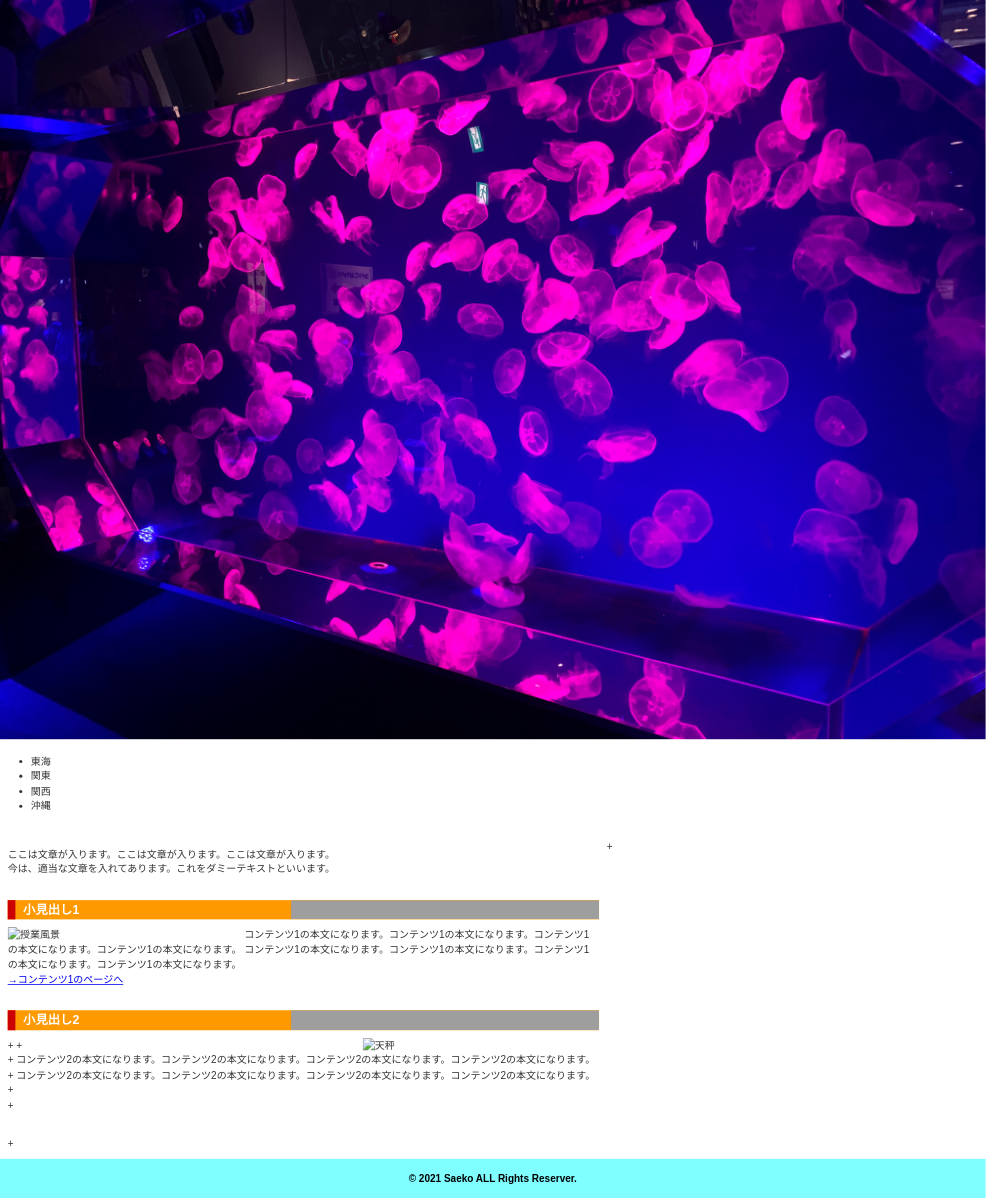
Repository: mizoguhi/mizoguhi
Page: test/saeko.html
The author's editor kept a record of every edit. The page is drawn from the files as they stood at one moment, then again after the next edit.
The browser window is 1280 px wide. The pictures show the whole page, at 77% of full size.
Pictures or frames that could not be fetched are drawn as grey boxes.

Above is the page before.
Not found: test/images/classroom.jpg
Not found: test/images/scale.jpg

After the next edit:
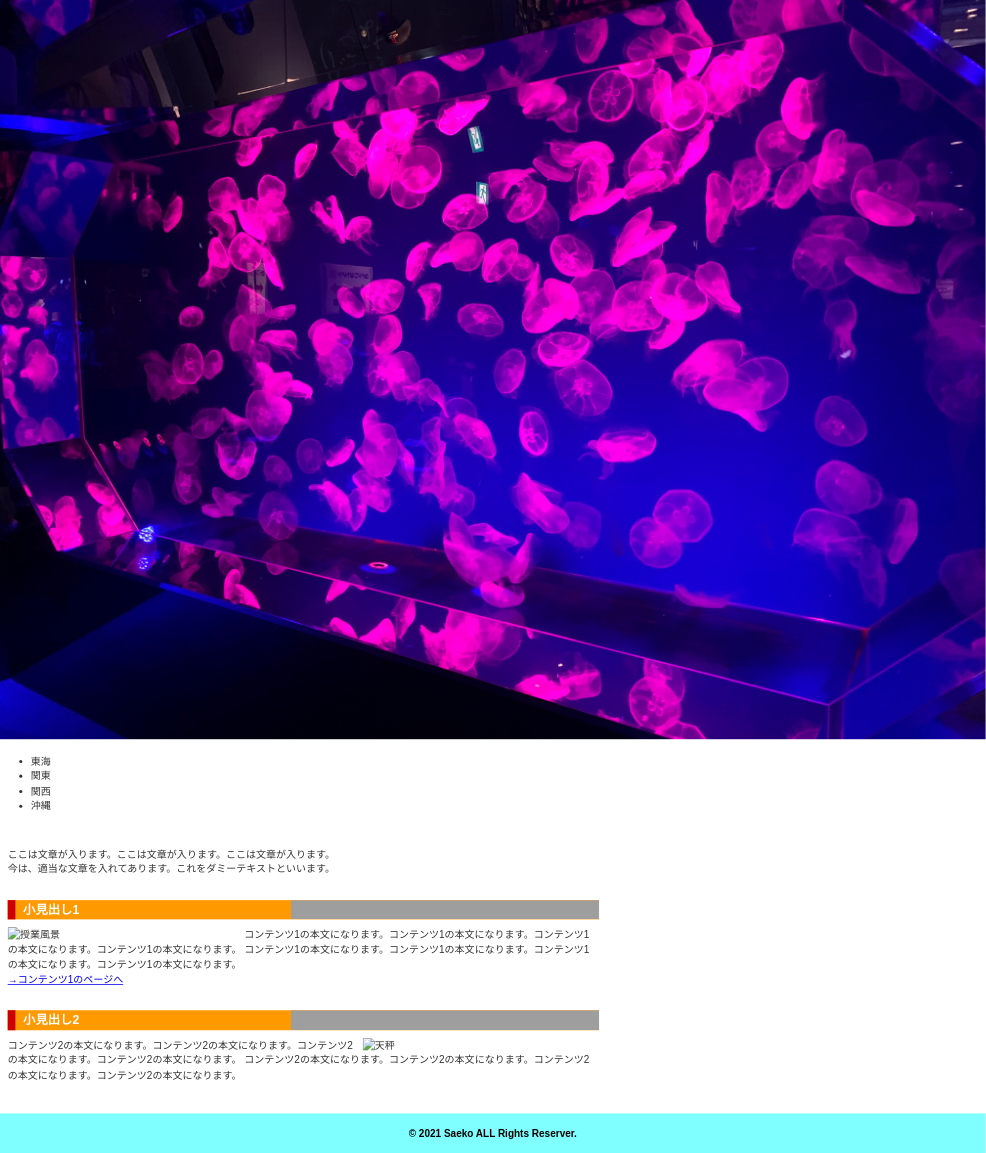
The edit:
--- a/test/saeko.html
+++ b/test/saeko.html
@@ -41,14 +41,14 @@
                     </div>
                     <div class="post clearfix">
                         <h2>小見出し2</h2>
-+                        <img class="right" src="images/scale.jpg" alt="天秤" />
-+                        <p>
-+                            コンテンツ2の本文になります。コンテンツ2の本文になります。コンテンツ2の本文になります。コンテンツ2の本文になります。
-+                            コンテンツ2の本文になります。コンテンツ2の本文になります。コンテンツ2の本文になります。コンテンツ2の本文になります。
-+                        </p>
-+                    </div>
-+                </div>
-+            </div>
+                        <img class="right" src="images/scale.jpg" alt="天秤" />
+                       <p>
+                            コンテンツ2の本文になります。コンテンツ2の本文になります。コンテンツ2の本文になります。コンテンツ2の本文になります。
+                            コンテンツ2の本文になります。コンテンツ2の本文になります。コンテンツ2の本文になります。コンテンツ2の本文になります。
+                        </p>
+                    </div>
+                </div>
+            </div>
     <div id="footer">
          <p>&copy; 2021 Saeko ALL Rights Reserver.</p>
     </div>
